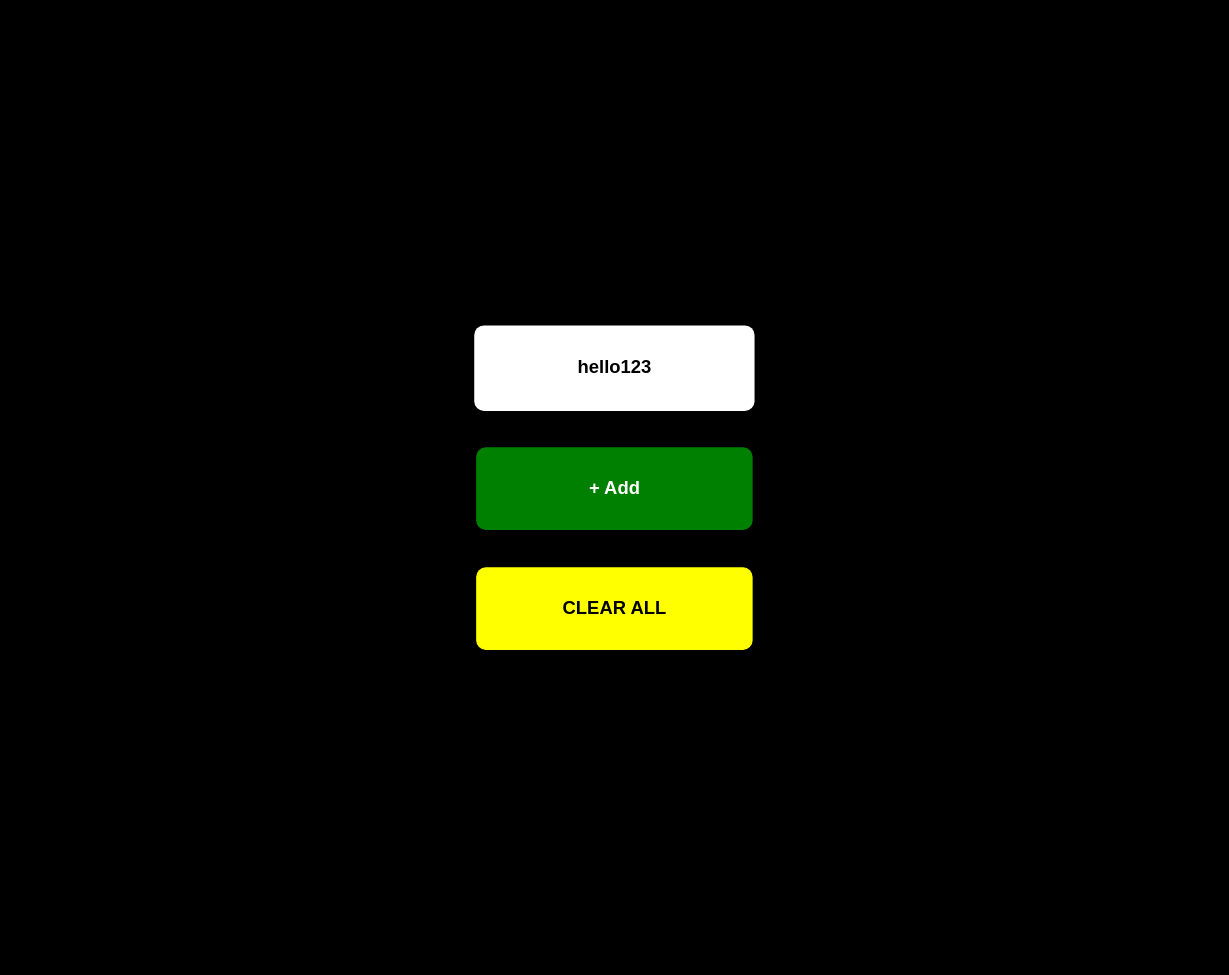
Repository: jcohenp/DI_Exercises
Page: W3/D2/gold/index.html
An editor plug-in stored every save of this project. The page is shown before and after the next save, followed by the edit.
The browser window is 1280 px wide. The pictures show the whole page, at 96% of full size.

Above is the page before, as saved 2020-08-25 14:08:07.

### W3/D2/gold/index.html
<!DOCTYPE html>
<html lang="en">

<head>
    <meta charset="UTF-8">
    <meta name="viewport" content="width=device-width, initial-scale=1.0">
    <title>Document</title>
</head>

<body>
    <div id="root"></div>

    <script src="./js/script.js"></script>
</body>

</html>

### W3/D2/gold/js/script.js
document.body.style.backgroundColor = "black";
document.body.style.margin = "25%";
document.body.style.display = "flex";
document.body.style.textAlign = "center";

function styleAll(element) {
    element.style.lineHeight = "2em";
    element.style.height = "4.5em";
    element.style.width = "15em";
    element.style.borderRadius = "10px"
    element.style.border = "none";
    element.style.margin = "1em"
    element.style.textAlign = "center";
    element.style.fontWeight = "bold"
    element.style.fontSize = "1.2em";

}

function createForm() {
    let root = document.getElementById("root");
    let inputForm = document.createElement("form");
    root.appendChild(inputForm);

    let formField = document.createElement("input");
    styleAll(formField);
    formField.type = "text";
    formField.placeholder = "Enter what you want to buy";
    formField.value = "hello123"
    formField.name = "formField";
    let itemValue = formField.value;
    inputForm.appendChild(formField);

    let button = document.createElement("button");
    styleAll(button);
    button.innerHTML = "+ Add";
    button.id = ("addButton");
    button.style.backgroundColor = "green";
    button.style.color = "white";
    inputForm.appendChild(button);




    let buttonClear = document.createElement("button");
    styleAll(buttonClear);
    buttonClear.innerHTML = "CLEAR ALL";
    inputForm.appendChild(buttonClear);
    buttonClear.style.backgroundColor = "yellow";
    buttonClear.style.color = "black";

    button.addEventListener('mouseover', function(e) {
        console.log('Enter')
        createListItem(itemValue);
    });
    formField.addEventListener('keypress', function(e) {
        if (e.key === 13) {
            console.log("Enter");
            createListItem(itemValue);
        } else {
            console.log("keypress");
        }
    });
}


function createListItem(itemValue) {
    parent = document.getElementById("root");
    let newItem = document.createElement("div");
    styleAll(newItem);
    console.log(itemValue);
    newItem.innerHTML = itemValue;
    newItem.style.color = "white";
    console.log("ItemCreate " + itemValue);
    console.log("createListItem " + newItem);
    parent.appendChild(newItem);
}



createForm();

After the next save:
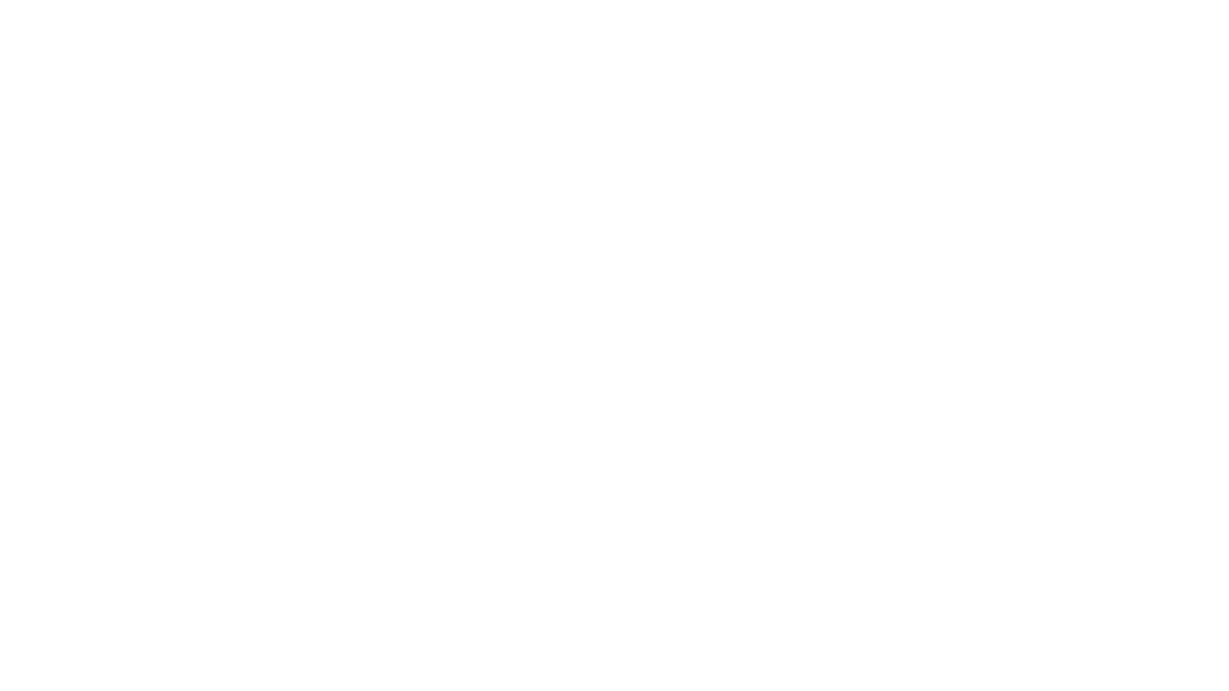
Console error: SyntaxError: Unexpected token ','
Saved 6 min 12 s later.
--- a/W3/D2/gold/js/script.js
+++ b/W3/D2/gold/js/script.js
@@ -48,11 +48,11 @@
     buttonClear.style.backgroundColor = "yellow";
     buttonClear.style.color = "black";
 
-    button.addEventListener('mouseover', function(e) {
+    button.addEventListener('mouseover', function(e), true {
         console.log('Enter')
         createListItem(itemValue);
     });
-    formField.addEventListener('keypress', function(e) {
+    formField.addEventListener('keypress', function(e), false {
         if (e.key === 13) {
             console.log("Enter");
             createListItem(itemValue);

After the 2 saves that followed:
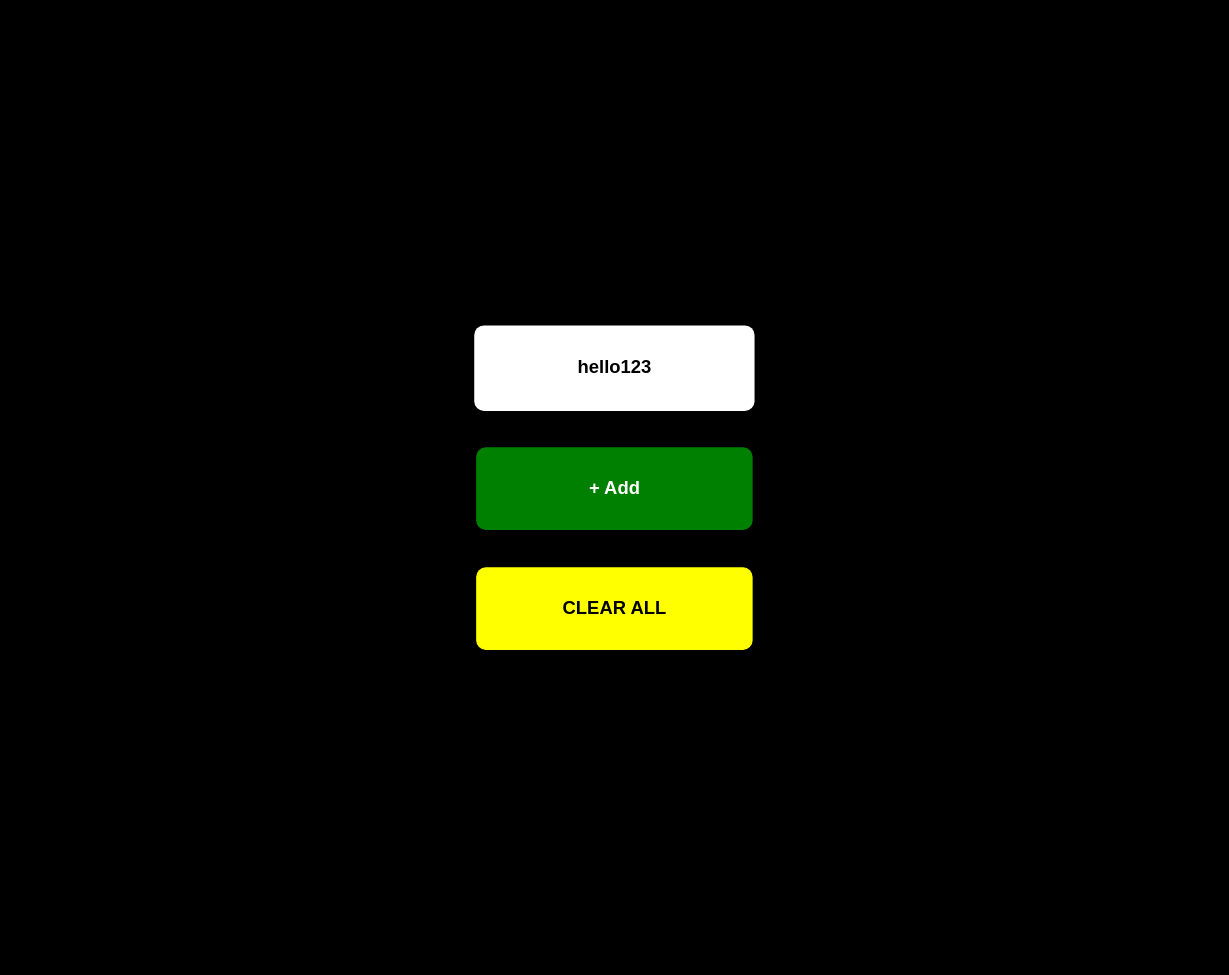
The error is gone.
The 2 saves are shown as one change because 1 left the picture as it was.
The last was saved 38 s later.
--- a/W3/D2/gold/js/script.js
+++ b/W3/D2/gold/js/script.js
@@ -48,11 +48,11 @@
     buttonClear.style.backgroundColor = "yellow";
     buttonClear.style.color = "black";
 
-    button.addEventListener('mouseover', function(e), true {
+    button.addEventListener('mouseover', function(e) {
         console.log('Enter')
         createListItem(itemValue);
     });
-    formField.addEventListener('keypress', function(e), false {
+    formField.addEventListener('keypress', function(e) {
         if (e.key === 13) {
             console.log("Enter");
             createListItem(itemValue);
